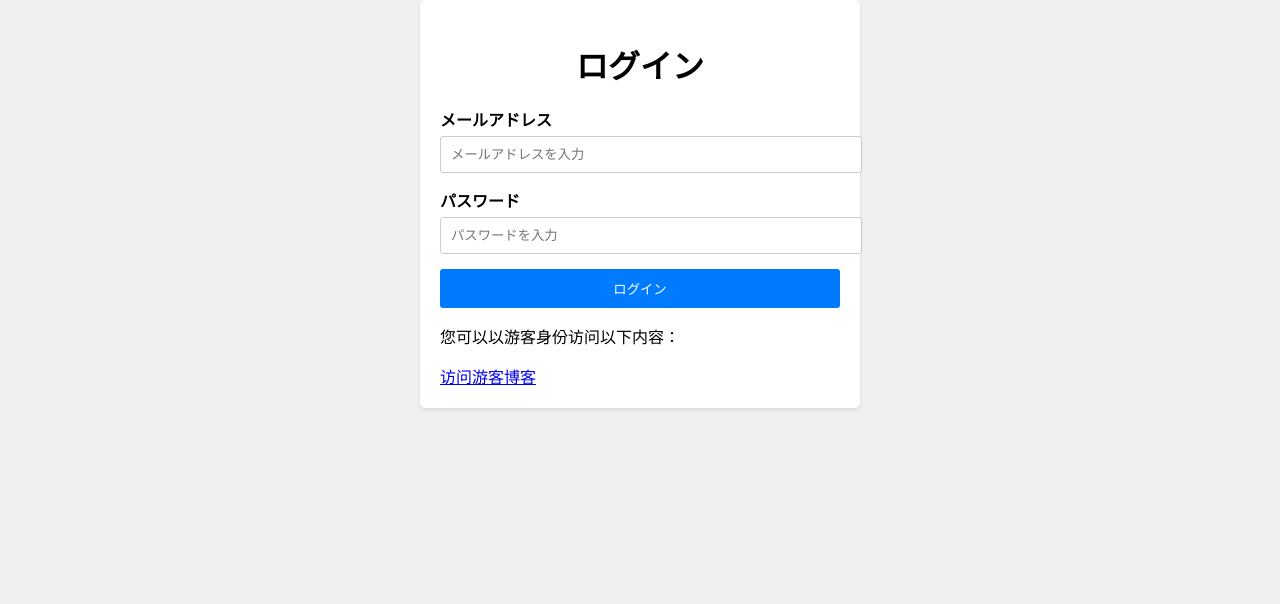
Repository: Jutta197/blog_0815
Page: src/main/resources/static/admin_login.html
These files come from the project's save history. The page is drawn as it stood at one moment and after the next save; the edit follows.
The browser window is 1280 px wide. The pictures show the whole page.

Above is the page before, as saved 2023-08-15 12:37:21.

### src/main/resources/static/admin_login.html
<!DOCTYPE html>
<html lang="ja">

<head>
    <meta charset="UTF-8">
    <meta name="viewport" content="width=device-width, initial-scale=1.0">
    <title>ログイン</title>
    <link rel="stylesheet" href="login.css">
</head>

<body>
    <div class="container">
        <form action="" method="post">
            <h1>ログイン</h1>
            <label for="email">メールアドレス</label>
            <input type="text" id="email" name="email" placeholder="メールアドレスを入力" required>
            <label for="password">パスワード</label>
            <input type="password" id="password" name="password" placeholder="パスワードを入力">
            <input type="submit" value="ログイン" id="submit-button">
        </form>
        <div>
            <p>您可以以游客身份访问以下内容：</p>
            <a href="/guest-blog">访问游客博客</a>
        </div>
    </div>
</body>

</html>

### src/main/resources/static/login.css
body {
    margin: 0;
    padding: 0;
    background-color: #f0f0f0;
    font-family: Arial, sans-serif;
}

.container {
    max-width: 400px;
    margin: 0 auto;
    padding: 20px;
    background-color: #fff;
    border-radius: 5px;
    box-shadow: 0 2px 4px rgba(0, 0, 0, 0.1);
}

.container h1 {
    margin-bottom: 20px;
    text-align: center;
}

label {
    display: block;
    margin-bottom: 5px;
    font-weight: bold;
}

input[type="text"],
input[type="password"] {
    width: 100%;
    padding: 10px;
    margin-bottom: 15px;
    border: 1px solid #ccc;
    border-radius: 3px;
}

#submit-button {
    display: block;
    width: 100%;
    padding: 10px;
    background-color: #007bff;
    color: #fff;
    border: none;
    border-radius: 3px;
    cursor: pointer;
    transition: background-color 0.3s ease;
}

#submit-button:hover {
    background-color: #0056b3;
}

.signup-link,
.guest-access {
    margin-top: 20px;
    text-align: center;
}

.signup-link a,
.guest-access a {
    color: #007bff;
    text-decoration: none;
}

.signup-link a:hover,
.guest-access a:hover {
    text-decoration: underline;
}

After the next save:
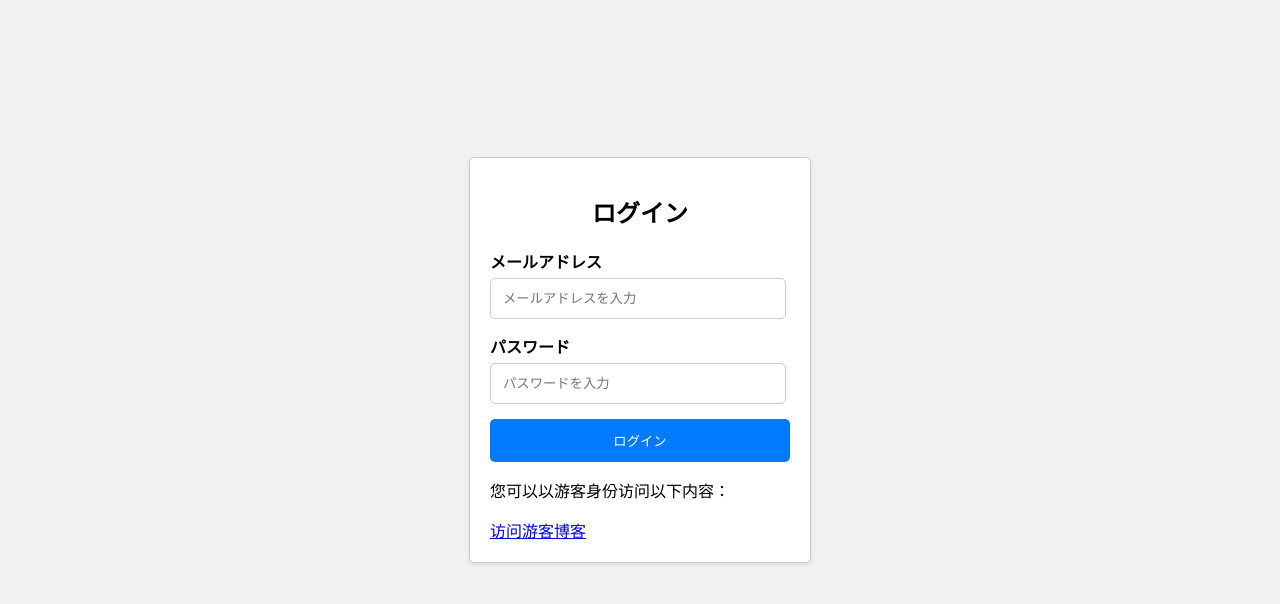
Saved 19 s later.
--- a/src/main/resources/static/login.css
+++ b/src/main/resources/static/login.css
@@ -1,68 +1,62 @@
 body {
+    font-family: Arial, sans-serif;
+    background-color: #f2f2f2;
     margin: 0;
     padding: 0;
-    background-color: #f0f0f0;
-    font-family: Arial, sans-serif;
+    display: flex;
+    justify-content: center;
+    align-items: center;
+    min-height: 100vh;
 }
 
 .container {
-    max-width: 400px;
-    margin: 0 auto;
+    background-color: #fff;
     padding: 20px;
-    background-color: #fff;
     border-radius: 5px;
     box-shadow: 0 2px 4px rgba(0, 0, 0, 0.1);
+    border: 1px solid #ccc;
+    width: 300px;
 }
 
 .container h1 {
+    font-size: 24px;
     margin-bottom: 20px;
     text-align: center;
 }
 
 label {
     display: block;
+    font-weight: bold;
     margin-bottom: 5px;
-    font-weight: bold;
 }
 
 input[type="text"],
 input[type="password"] {
-    width: 100%;
-    padding: 10px;
+    width: 90%;
+    padding: 12px;
     margin-bottom: 15px;
     border: 1px solid #ccc;
-    border-radius: 3px;
+    border-radius: 5px;
+    outline: none;
+    transition: border-color 0.3s;
+}
+
+input[type="text"]:focus,
+input[type="password"]:focus {
+    border-color: #007bff;
 }
 
 #submit-button {
-    display: block;
-    width: 100%;
-    padding: 10px;
     background-color: #007bff;
     color: #fff;
     border: none;
-    border-radius: 3px;
+    padding: 12px 20px;
+    border-radius: 5px;
     cursor: pointer;
-    transition: background-color 0.3s ease;
+    width: 100%;
+    transition: background-color 0.3s;
 }
 
 #submit-button:hover {
     background-color: #0056b3;
 }
-
-.signup-link,
-.guest-access {
-    margin-top: 20px;
-    text-align: center;
-}
-
-.signup-link a,
-.guest-access a {
-    color: #007bff;
-    text-decoration: none;
-}
-
-.signup-link a:hover,
-.guest-access a:hover {
-    text-decoration: underline;
-}
